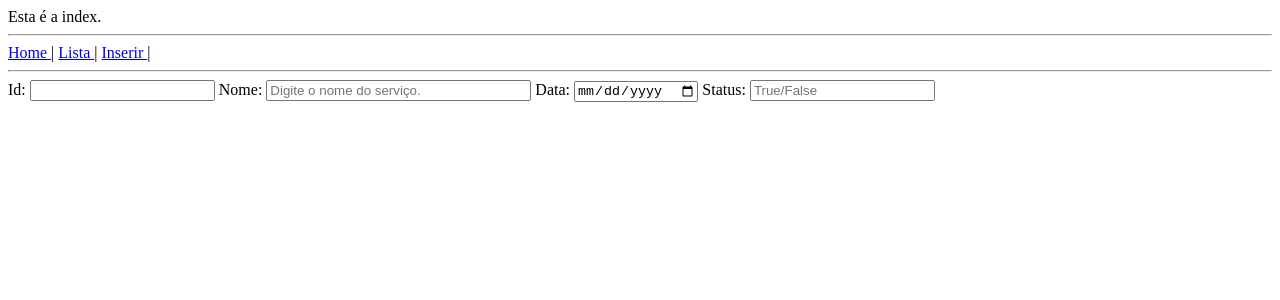
Repository: vivian-nakano/Projetos-Spring
Page: webmvc/src/main/resources/index.html
The author's editor kept a copy of each file at every save. The page is drawn from the files as they stood at one save, then again after the next save.
The browser window is 1280 px wide. The pictures show the whole page.

Above is the page before, as saved 2020-11-05 12:13:34.

### webmvc/src/main/resources/index.html
<!DOCTYPE html>
<html>
<head>
<meta charset="ISO-8859-1">
<title>Insert title here</title>
</head>
<body>

	Esta é a index.
	<hr>

	<a href="index.html"> Home </a> |
	<a href="lista.html"> Lista </a> |
	<a href="inserir.html"> Inserir </a> |

	<hr>
	<form>
	Id: <input type="number" name="">
	Nome: <input type="text" name="" size="30" placeholder="Digite o nome do serviço.">
	Data: <input type="date" name="" required>
	Status: <input type="text" name="" placeholder="True/False">

	</form>

</body>
</html>

After the next save:
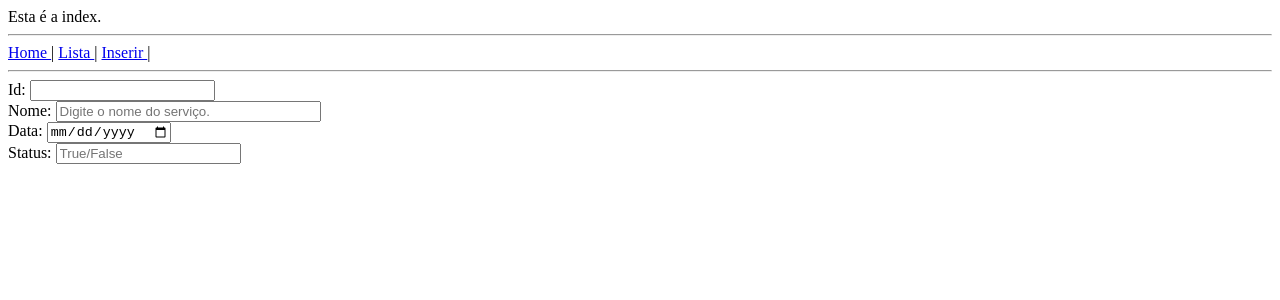
Saved 17 s later.
--- a/webmvc/src/main/resources/index.html
+++ b/webmvc/src/main/resources/index.html
@@ -15,10 +15,10 @@
 
 	<hr>
 	<form>
-	Id: <input type="number" name="">
-	Nome: <input type="text" name="" size="30" placeholder="Digite o nome do serviço.">
-	Data: <input type="date" name="" required>
-	Status: <input type="text" name="" placeholder="True/False">
+	Id: <input type="number" name=""> <br>
+	Nome: <input type="text" name="" size="30" placeholder="Digite o nome do serviço."> <br>
+	Data: <input type="date" name="" required> <br>
+	Status: <input type="text" name="" placeholder="True/False"> <br>
 
 	</form>
 
